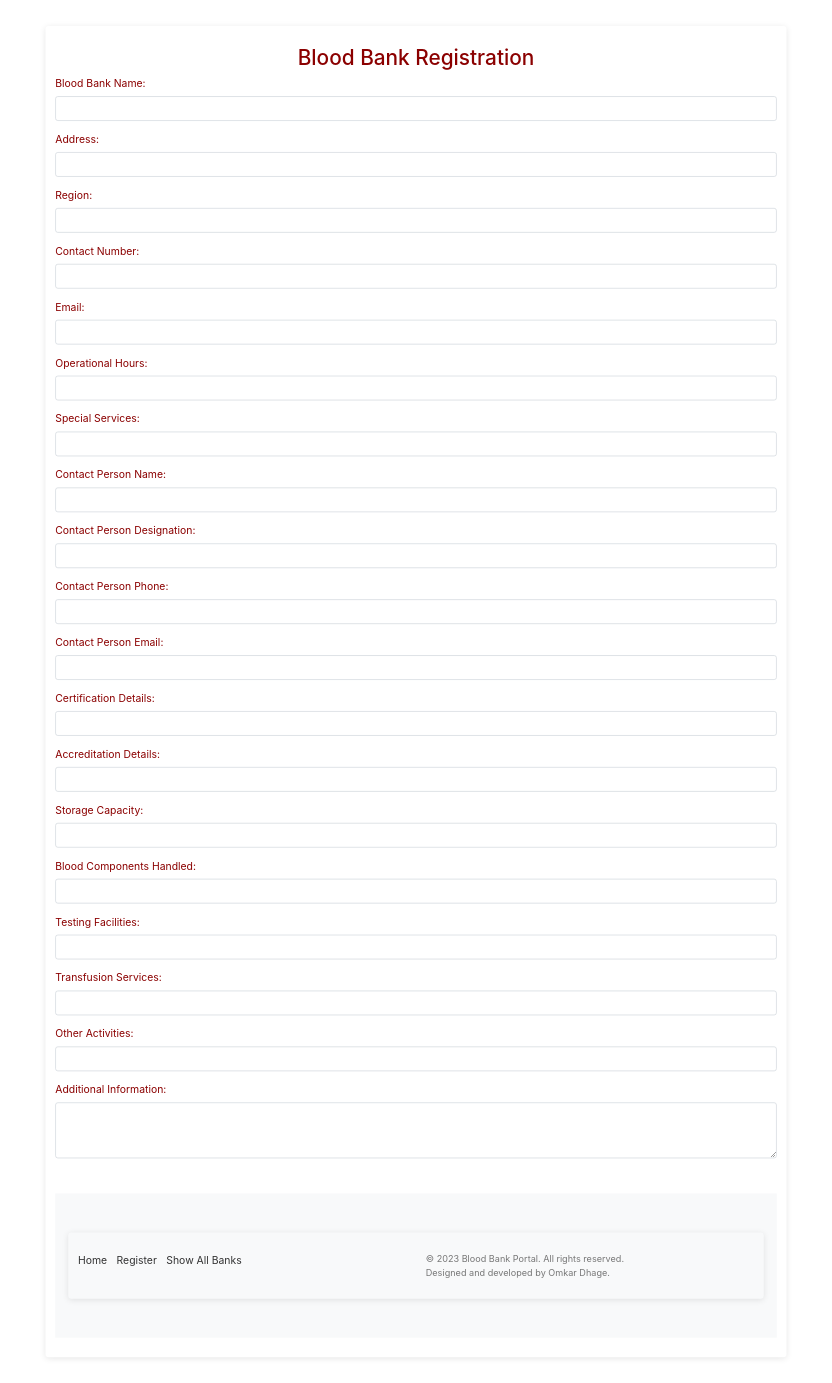
Repository: omi4535/Decentralized_Blood_Bank_System
Page: http://localhost/blood_bank_system/registration.jsp
These files come from the project's save history. The page is drawn as it stood at one moment and after the next save; the edit follows.
The browser window is 1280 px wide. The pictures show the whole page, at 65% of full size.
Some web libraries are served in a nearby version. The page is served by Tomcat 9. Other server files are loaded and not shown.

Above is the page before, as saved 2023-07-03 10:00:11.

### blood bank system/src/main/webapp/registration.jsp
<%@ page language="java" contentType="text/html; charset=UTF-8"
	pageEncoding="UTF-8"%>
<!DOCTYPE html>
<html lang="en">

<head>
<meta charset="UTF-8">
<meta name="viewport" content="width=device-width, initial-scale=1.0">
<title>Blood Bank Registration</title>
<link rel="stylesheet"
	href="https://stackpath.bootstrapcdn.com/bootstrap/4.5.0/css/bootstrap.min.css">
<style>
body {
	background-color: #F5F5F5;
}

.form_regi {
	color: #8B0000;
}

.container {
	max-width: 600px;
	margin: 40px auto;
	padding: 30px;
	border-radius: 5px;
	box-shadow: 0px 2px 10px rgba(0, 0, 0, 0.1);
}

h2 {
	margin-bottom: 30px;
	text-align: center;
}

.btn-register {
	background-color: #dc3545;
	border: none;
	padding: 10px 20px;
}

.btn-register:hover {
	background-color: #c82333;
}

.form {
	background-color: #D50000;
}
</style>
</head>

<body>

	<div class="container">
		<div class="form_regi">
			<h2>Blood Bank Registration</h2>
			<form method="post" action="register">
				<div class="form-group">
					<label for="name">Blood Bank Name:</label> <input type="text"
						class="form-control" name="name" required>
				</div>
				<div class="form-group">
					<label for="address">Address:</label> <input type="text"
						class="form-control" name="address" required>
				</div>
				<div class="form-group">
					<label for="region">Region:</label> <input type="text"
						class="form-control" name="region" required>
				</div>
				<div class="form-group">
					<label for="contactNumber">Contact Number:</label> <input
						type="tel" class="form-control" name="contactNumber" required>
				</div>
				<div class="form-group">
					<label for="email">Email:</label> <input type="email"
						class="form-control" name="email" required>
				</div>
				<div class="form-group">
					<label for="operationalHours">Operational Hours:</label> <input
						type="text" class="form-control" name="operationalHours" required>
				</div>
				<div class="form-group">
					<label for="specialServices">Special Services:</label> <input
						type="text" class="form-control" name="specialServices" required>
				</div>
				<div class="form-group">
					<label for="contactPersonName">Contact Person Name:</label> <input
						type="text" class="form-control" name="contactPersonName" required>
				</div>
				<div class="form-group">
					<label for="contactPersonDesignation">Contact Person
						Designation:</label> <input type="text" class="form-control"
						name="contactPersonDesignation" required>
				</div>
				<div class="form-group">
					<label for="contactPersonPhone">Contact Person Phone:</label> <input
						type="tel" class="form-control" name="contactPersonPhone" required>
				</div>
				<div class="form-group">
					<label for="contactPersonEmail">Contact Person Email:</label> <input
						type="email" class="form-control" name="contactPersonEmail" required>
				</div>
				<div class="form-group">
					<label for="certificationDetails">Certification Details:</label> <input
						type="text" class="form-control" name="certificationDetails"
						required>
				</div>
				<div class="form-group">
					<label for="accreditationDetails">Accreditation Details:</label> <input
						type="text" class="form-control" name="accreditationDetails"
						required>
				</div>
				<div class="form-group">
					<label for="storageCapacity">Storage Capacity:</label> <input
						type="number" class="form-control" name="storageCapacity" required>
				</div>
				<div class="form-group">
					<label for="bloodComponentsHandled">Blood Components
						Handled:</label> <input type="text" class="form-control"
						name="bloodComponentsHandled" required>
				</div>
				<div class="form-group">
					<label for="testingFacilities">Testing Facilities:</label> <input
						type="text" class="form-control" name="testingFacilities" required>
				</div>
				<div class="form-group">
					<label for="transfusionServices">Transfusion Services:</label> <input
						type="text" class="form-control" name="transfusionServices" required>
				</div>
				<div class="form-group">
					<label for="otherActivities">Other Activities:</label> <input
						type="text" class="form-control" name="otherActivities" required>
				</div>
				<div class="form-group">
					<label for="additionalInformation">Additional Information:</label>
					<textarea class="form-control" name="additionalInformation" rows="3"></textarea>
				</div>
				<div class="text-center">
					<button type="submit" class="btn btn-register text-white">Register</button>
				</div>
			</form>
		</div>
		 <%@ include file="footer.jsp"  %>
	</div>


	<script src="https://code.jquery.com/jquery-3.5.1.slim.min.js"></script>
	<script
		src="https://cdn.jsdelivr.net/npm/@popperjs/core@2.5.3/dist/umd/popper.min.js"></script>
	<script
		src="https://stackpath.bootstrapcdn.com/bootstrap/4.5.0/js/bootstrap.min.js"></script>
</body>

</html>

### blood bank system/src/main/webapp/footer.jsp
<%@ page language="java" contentType="text/html; charset=UTF-8"
    pageEncoding="UTF-8"%>
<!DOCTYPE html>
<html lang="en">
<head>
    <meta charset="UTF-8">
    <meta name="viewport" content="width=device-width, initial-scale=1.0">
    <title>Blood Bank Portal</title>
    <link rel="stylesheet" href="https://maxcdn.bootstrapcdn.com/bootstrap/4.5.2/css/bootstrap.min.css">
    <style>

        .footer {
            background-color: #f8f9fa;
            padding: 20px;
        }

        .footer-links a {
            color: #333;
            margin-right: 10px;
        }

        .footer-info {
            color: #777;
            font-size: 14px;
        }
    </style>
</head>
<body>


   <footer class="footer">
        <div class="container">
            <div class="row">
                <div class="col-md-6">
                    <div class="footer-links">
                        <a href="index.jsp">Home</a>
                        <a href="registration.jsp">Register</a>
                        <a href="All_banks.jsp">Show All Banks</a>
                    </div>
                </div>
                <div class="col-md-6">
                    <div class="footer-info">
                        &copy; 2023 Blood Bank Portal. All rights reserved.
                        <br>
                        Designed and developed by Omkar Dhage.
                    </div>
                </div>
            </div>
        </div>
    </footer>

    <script src="https://code.jquery.com/jquery-3.5.1.slim.min.js"></script>
    <script src="https://cdn.jsdelivr.net/npm/@popperjs/core@1.16.0/dist/umd/popper.min.js"></script>
    <script src="https://maxcdn.bootstrapcdn.com/bootstrap/4.5.2/js/bootstrap.min.js"></script>
</body>
</html>

After the next save:
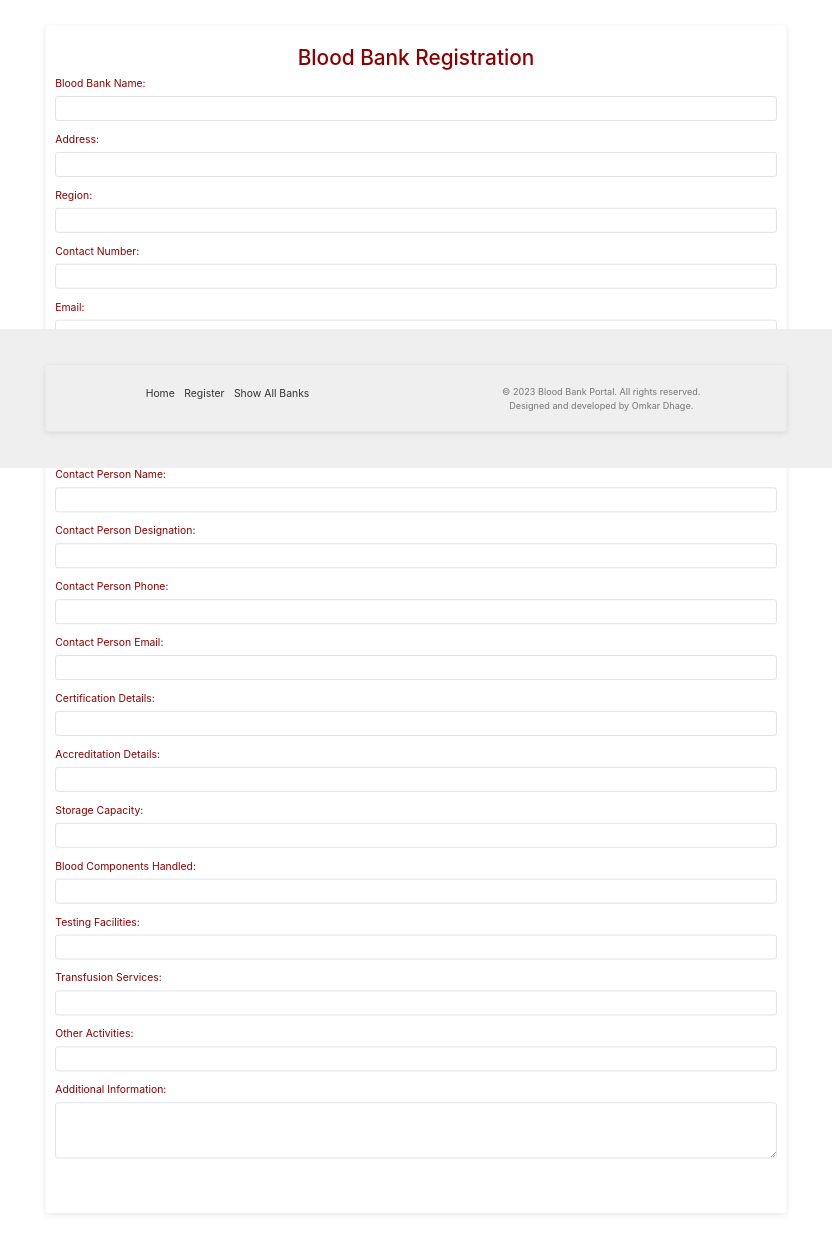
Saved 107 s later.
--- a/blood bank system/src/main/webapp/footer.jsp
+++ b/blood bank system/src/main/webapp/footer.jsp
@@ -1,56 +1,63 @@
 <%@ page language="java" contentType="text/html; charset=UTF-8"
-    pageEncoding="UTF-8"%>
+	pageEncoding="UTF-8"%>
 <!DOCTYPE html>
 <html lang="en">
 <head>
-    <meta charset="UTF-8">
-    <meta name="viewport" content="width=device-width, initial-scale=1.0">
-    <title>Blood Bank Portal</title>
-    <link rel="stylesheet" href="https://maxcdn.bootstrapcdn.com/bootstrap/4.5.2/css/bootstrap.min.css">
-    <style>
+<meta charset="UTF-8">
+<meta name="viewport" content="width=device-width, initial-scale=1.0">
+<title>Blood Bank Portal</title>
+<link rel="stylesheet"
+	href="https://maxcdn.bootstrapcdn.com/bootstrap/4.5.2/css/bootstrap.min.css">
+<style>
+.footer {
+	background-color: #f8f9fa;
+	padding: 20px;
+	position: absolute;
+	right: 0;
+	bottom: 0;
+	left: 0;
+	padding: 1rem;
+	background-color: #efefef;
+	text-align: center;
+}
 
-        .footer {
-            background-color: #f8f9fa;
-            padding: 20px;
-        }
+.footer-links a {
+	color: #333;
+	margin-right: 10px;
+}
 
-        .footer-links a {
-            color: #333;
-            margin-right: 10px;
-        }
-
-        .footer-info {
-            color: #777;
-            font-size: 14px;
-        }
-    </style>
+.footer-info {
+	color: #777;
+	font-size: 14px;
+}
+</style>
 </head>
 <body>
 
 
-   <footer class="footer">
-        <div class="container">
-            <div class="row">
-                <div class="col-md-6">
-                    <div class="footer-links">
-                        <a href="index.jsp">Home</a>
-                        <a href="registration.jsp">Register</a>
-                        <a href="All_banks.jsp">Show All Banks</a>
-                    </div>
-                </div>
-                <div class="col-md-6">
-                    <div class="footer-info">
-                        &copy; 2023 Blood Bank Portal. All rights reserved.
-                        <br>
-                        Designed and developed by Omkar Dhage.
-                    </div>
-                </div>
-            </div>
-        </div>
-    </footer>
+	<footer class="footer">
+		<div class="container">
+			<div class="row">
+				<div class="col-md-6">
+					<div class="footer-links">
+						<a href="index.jsp">Home</a> <a href="registration.jsp">Register</a>
+						<a href="All_banks.jsp">Show All Banks</a>
+					</div>
+				</div>
+				<div class="col-md-6">
+					<div class="footer-info">
+						&copy; 2023 Blood Bank Portal. All rights reserved. <br>
+						Designed and developed by Omkar Dhage.
+					</div>
+				</div>
+			</div>
+		</div>
+	</footer>
 
-    <script src="https://code.jquery.com/jquery-3.5.1.slim.min.js"></script>
-    <script src="https://cdn.jsdelivr.net/npm/@popperjs/core@1.16.0/dist/umd/popper.min.js"></script>
-    <script src="https://maxcdn.bootstrapcdn.com/bootstrap/4.5.2/js/bootstrap.min.js"></script>
+	<script src="https://code.jquery.com/jquery-3.5.1.slim.min.js"></script>
+	<script
+		src="https://cdn.jsdelivr.net/npm/@popperjs/core@1.16.0/dist/umd/popper.min.js"></script>
+	<script
+		src="https://maxcdn.bootstrapcdn.com/bootstrap/4.5.2/js/bootstrap.min.js"></script>
 </body>
 </html>

After the save that followed:
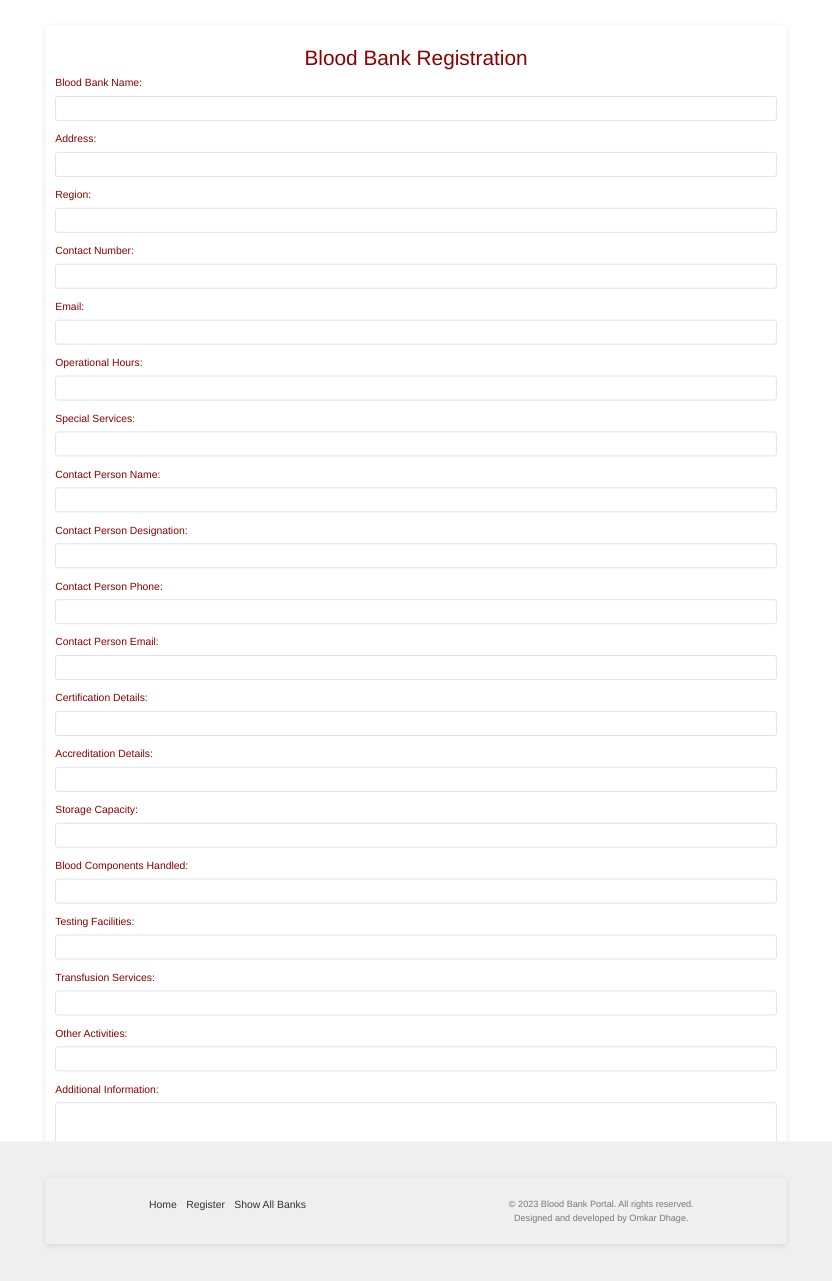
Saved 63 s later.
--- a/blood bank system/src/main/webapp/footer.jsp
+++ b/blood bank system/src/main/webapp/footer.jsp
@@ -9,6 +9,27 @@
 <link rel="stylesheet"
 	href="https://maxcdn.bootstrapcdn.com/bootstrap/4.5.2/css/bootstrap.min.css">
 <style>
+
+*,
+*:before,
+*:after {
+  -webkit-box-sizing: border-box;
+  -moz-box-sizing:    border-box;
+  box-sizing:         border-box;
+}
+
+html {
+  height: 100%;
+}
+
+body {
+  position: relative;
+  margin: 0;
+  padding-bottom: 4rem;
+  min-height: 100%;
+  font-family: "Helvetica Neue", Arial, sans-serif;
+}
+
 .footer {
 	background-color: #f8f9fa;
 	padding: 20px;
